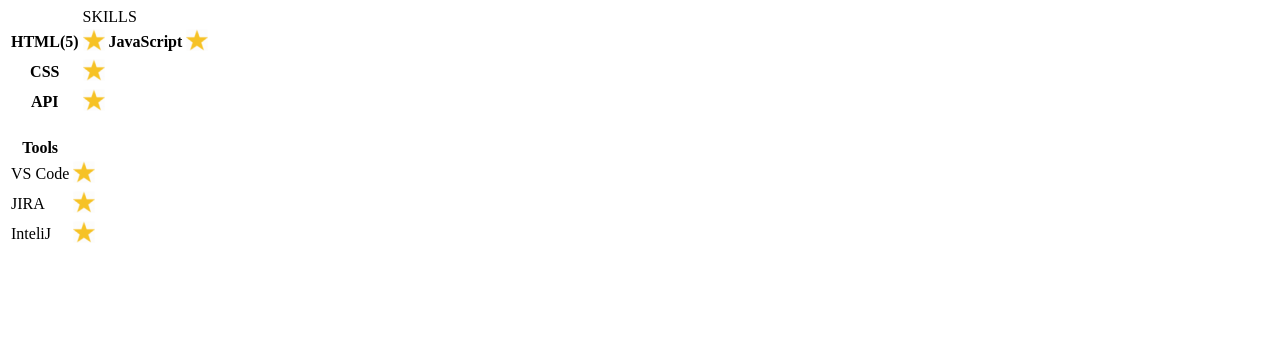
Repository: ew-code/Web-Development
Page: HTML - Personal Site/abilities.html
These files come from the project's save history. The page is drawn as it stood at one moment and after a run of saves; the edit follows.
The browser window is 1280 px wide. The pictures show the whole page.

Above is the page before, as saved 2021-01-03 18:25:14.

### HTML - Personal Site/abilities.html
<!DOCTYPE html>
<html lang="en">

<head>
  <meta charset="UTF-8">
  <meta name="viewport" content="width=device-width, initial-scale=1.0">
  <meta http-equiv="X-UA-Compatible" content="ie=edge">
  <title>Abilities</title>
</head>

<body>
<!-- <p>ABILITIES</p> -->
<!-- <br> -->
  <!-- <p>SKILLS</p> -->
  <!-- <table> -->
    <!-- <colgroup span="4"></colgroup> -->
    <!-- <tr> -->
      <!-- <th>HTML(5)</th> -->
      <!-- <th><img src="images\star.png" alt="yellow star"></th> -->
       <!-- <th><img src="images\star.png" alt="yellow star"></th> -->
      <!-- <th>JavaScript</th> -->
      <!-- <th><td><img src="images\star.png" alt="yellow star"></td></th> -->
    <!-- <tr> -->
      <!-- <td>CSS</td> -->
      <!-- <td><img src="images\star.png" alt="yellow star"></td> -->
      <!-- <td></td> -->
      <!-- <td>API<td> -->
      <!-- <td><img src="images\star.png" alt="yellow star"></td> -->
    <!-- </tr> -->
  <!-- </table> -->
  <!-- <br> -->
<table>
    <caption>SKILLS</caption>
    <tr>
        <th scope="row">HTML(5)</th>
        <td><img src="images\star.png" alt="yellow star"></td>
        <th scope="col">JavaScript</th>
        <td><img src="images\star.png" alt="yellow star"></td>
    </tr>
    <tr>
        <th scope="row">CSS</th>
        <td><img src="images\star.png" alt="yellow star"></td>
    </tr>
    <tr>
        <th scope="row">API</th>
        <td><img src="images\star.png" alt="yellow star"></td>
    </tr>
</table>
<br>
  <table>
    <thead>
      <tr>
        <th>Tools</th>
      </tr>
    </thead>
    <tbody>
      <tr>
        <td>VS Code</td>
        <td><img src="images\star.png" alt="yellow star"></td>
      </tr>
      <tr>
        <td>JIRA</td>
        <td><img src="images\star.png" alt="yellow star"></td>
      </tr>
      <td>InteliJ</td>
      <td><img src="images\star.png" alt="yellow star"></td>
      </tr>
    </tbody>
  </table>

</body>

</html>

After the next 2 saves:
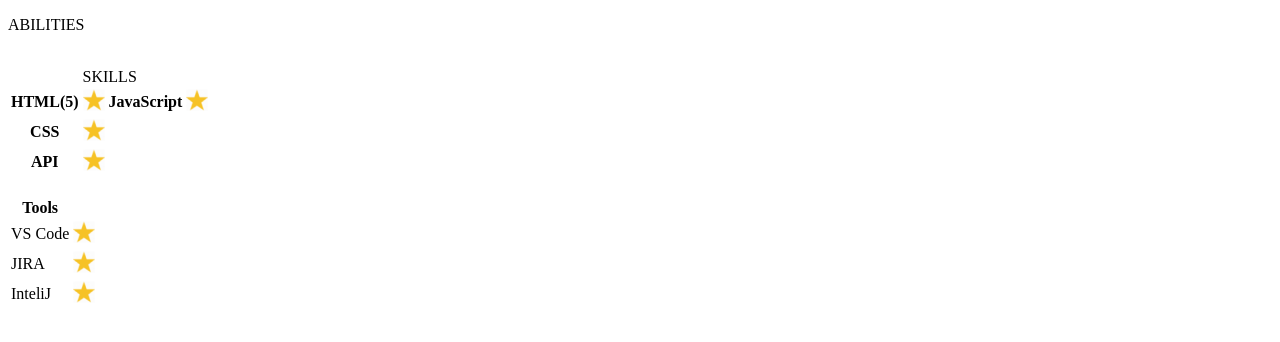
The 2 saves are shown as one change because they came seconds apart.
The last was saved 27 s later.
--- a/HTML - Personal Site/abilities.html
+++ b/HTML - Personal Site/abilities.html
@@ -9,8 +9,8 @@
 </head>
 
 <body>
-<!-- <p>ABILITIES</p> -->
-<!-- <br> -->
+<p>ABILITIES</p>
+<br>
   <!-- <p>SKILLS</p> -->
   <!-- <table> -->
     <!-- <colgroup span="4"></colgroup> -->
